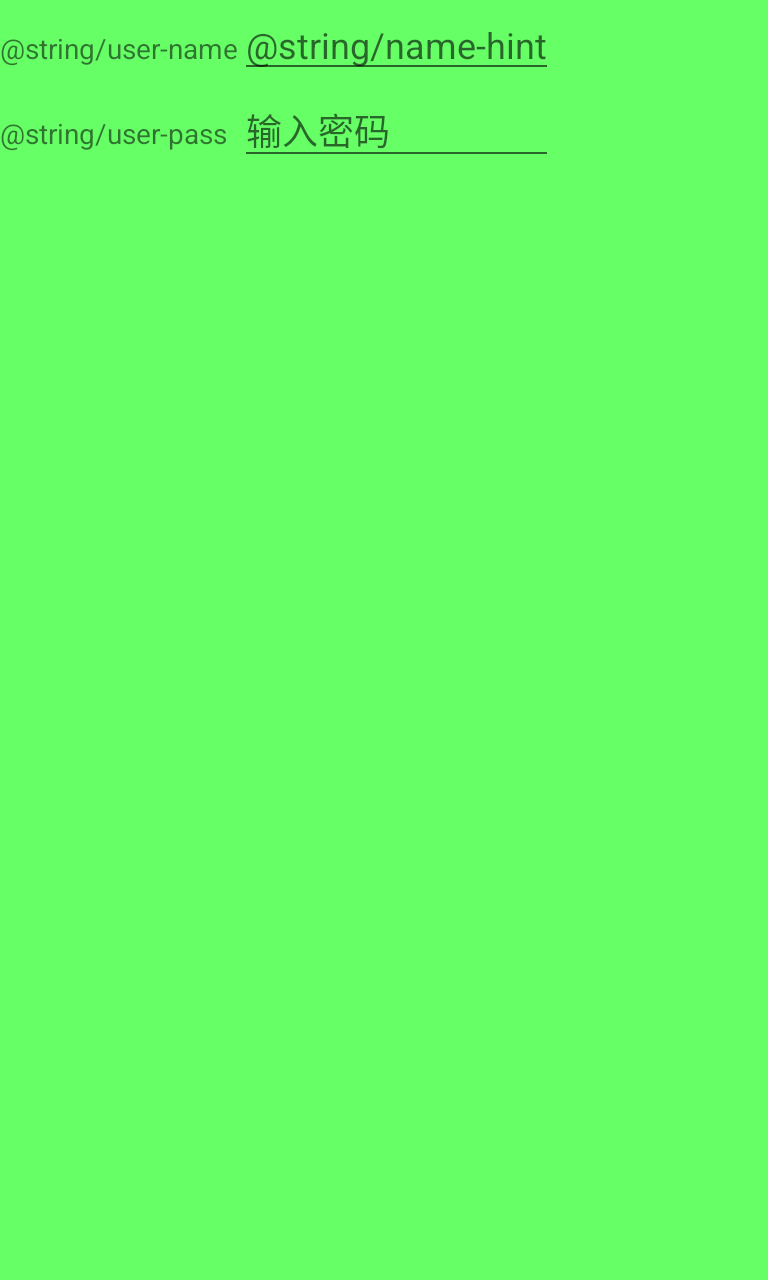
Repository: bingb89/Garbage
Layout: xml/login-demo/res/layout/activity_main.xml
An editor plug-in stored every save of this project. The layout is shown before and after the next save, followed by the edit.
It is drawn on a 768 x 1280 px phone screen (xhdpi) without system bars, with theme AppTheme; the app's code is not run.

Above is the layout before, as saved 2015-12-25 02:17:19.

After the next save:
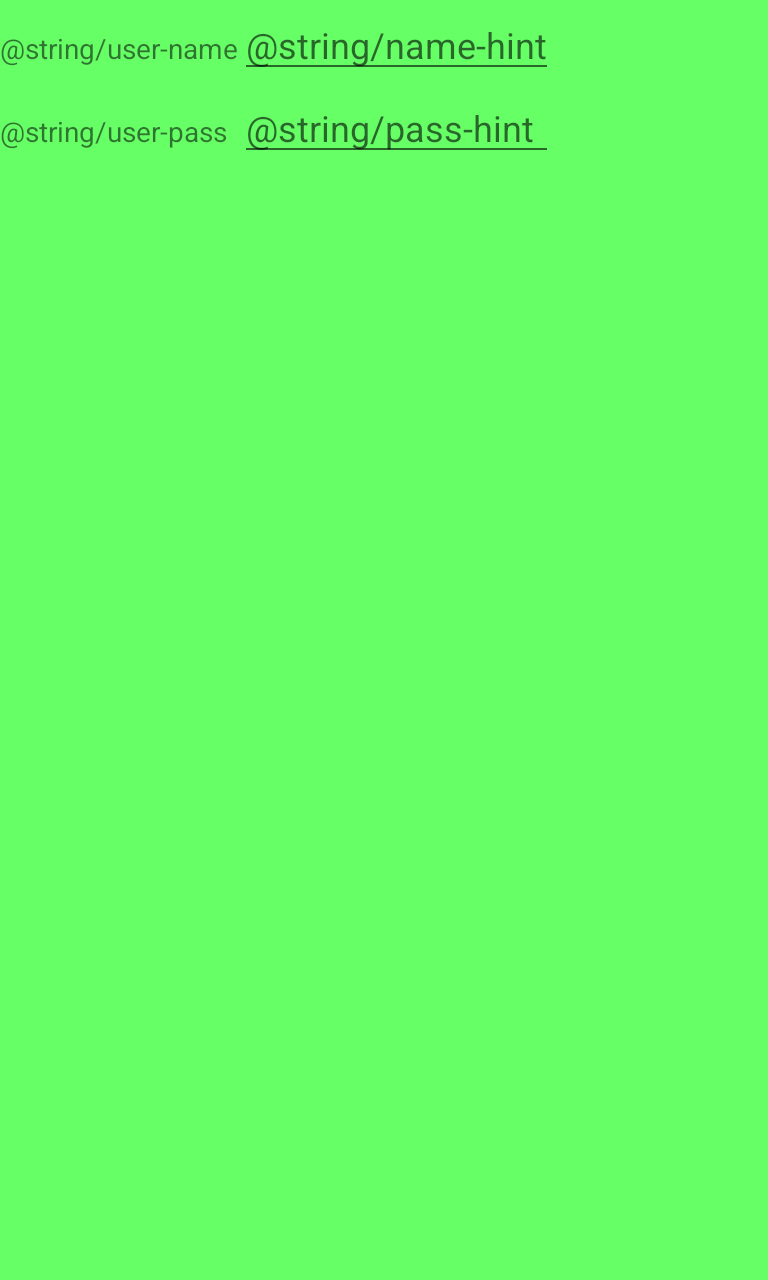
Saved 11 s later.
--- a/xml/login-demo/res/layout/activity_main.xml
+++ b/xml/login-demo/res/layout/activity_main.xml
@@ -35,7 +35,7 @@
             android:layout_width="wrap_content"
             android:layout_height="wrap_content"
             android:minWidth="150dp"
-            android:hint="输入密码" />
+            android:hint="@string/pass-hint" />
     </TableRow>
 
 </TableLayout>
